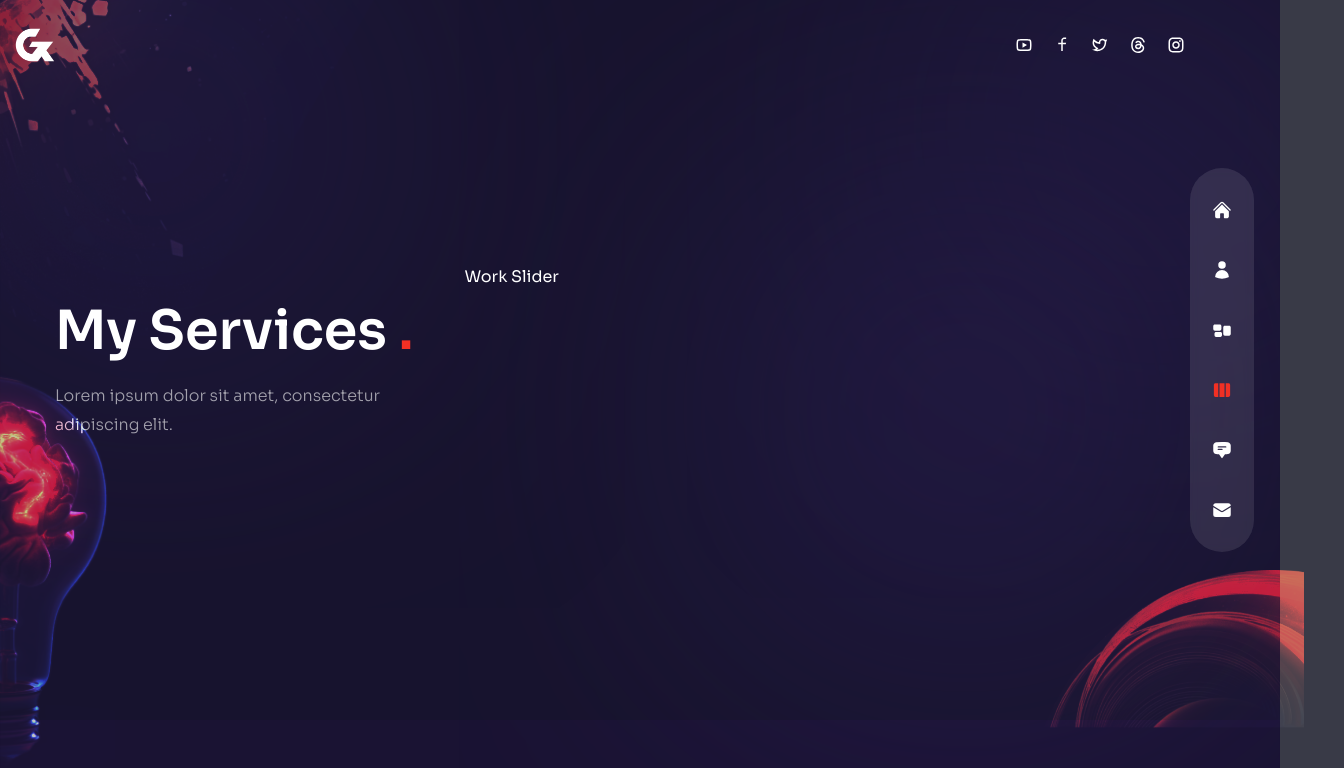
Repository: zecht12/Portofolio-without-db
Page: /work
The author's editor kept a copy of each file at every save. The page is drawn from the files as they stood at one save, then again after the next save.
The browser window is 1280 px wide. The page is 1344 px wide, so the pictures cover 1344 px, including what lies to the right of the window. The pictures show the whole page.
The project was rebuilt for these pictures with package versions that can differ from the ones it lists, and the page was loaded fresh each time. The framework's server and built-in components were replaced by stand-ins that run in the browser. Also part of the build but not shown: next.config.js.

Above is the page before, as saved 2023-10-08 16:10:25.

After the next save:
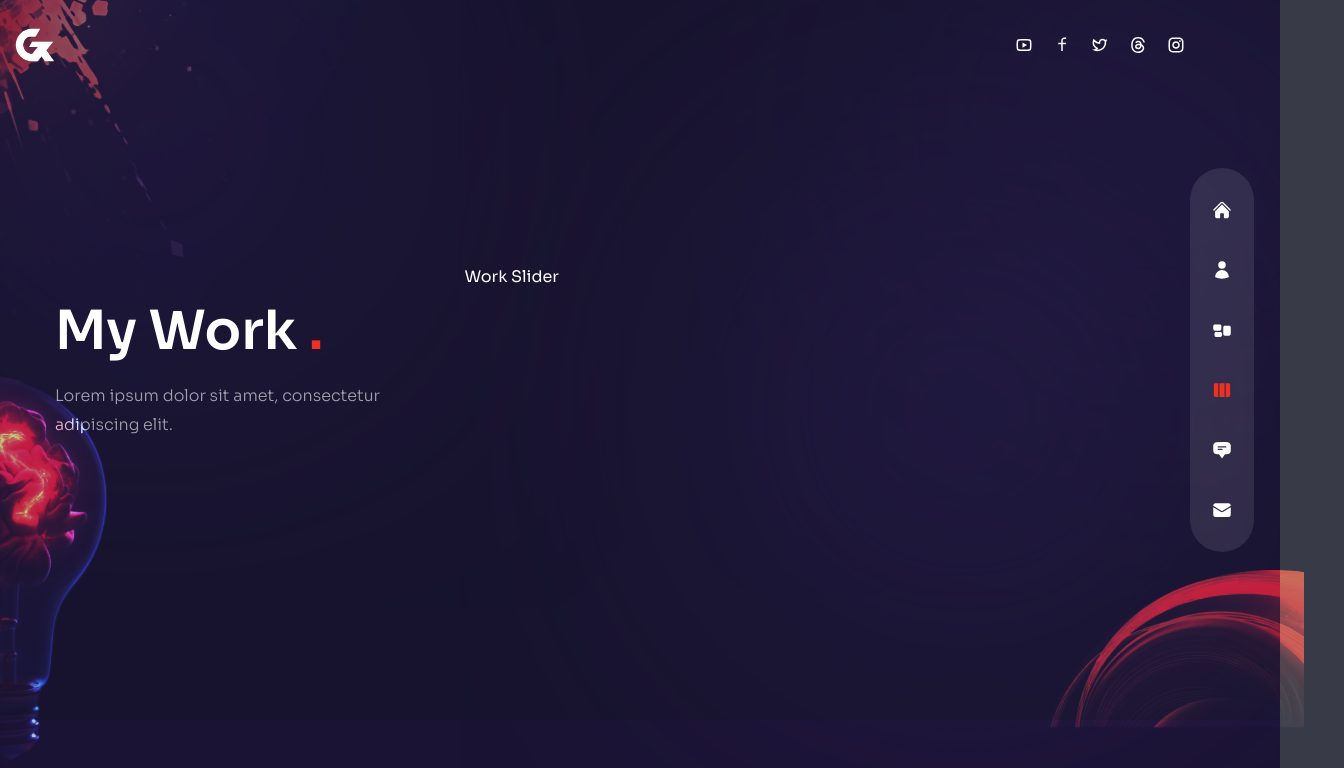
Saved 10 s later.
--- a/app/work/page.js
+++ b/app/work/page.js
@@ -39,7 +39,7 @@ export default function Page() {
         <div className='flex flex-col xl:flex-row gap-x-8'>
           <div className='text-center flex xl:w-[30vw] flex-col lg:text-left mb-4 xl:mb-0 '>
             <motion.h2 variants={fadeIn('up', 0.3)} initial="hidden" animate="show" exit="hidden" className='h2 xl:mt-8'>
-              My Services <span className='text-accent'>.</span>
+              My Work <span className='text-accent'>.</span>
             </motion.h2>
             <motion.p variants={fadeIn('up', 0.4)} initial="hidden" animate="show" exit="hidden" className='mb-4 max-w-[400px] mx-auto lg:mx-0 '>
               Lorem ipsum dolor sit amet, consectetur adipiscing elit.
